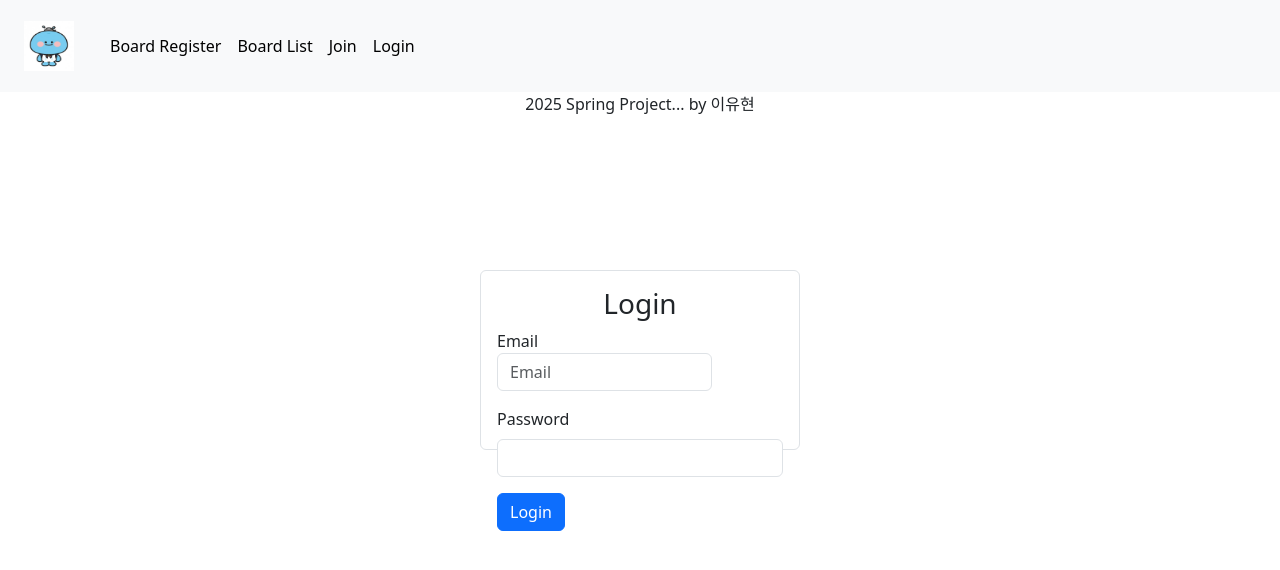
Repository: LeeYouHyeon/6.Spring
Page: http://localhost/spring_project/WEB-INF/views/user/login.jsp
The author's editor kept a copy of each file at every save. The page is drawn from the files as they stood at one save, then again after the next save.
The browser window is 1280 px wide. The pictures show the whole page.
The page is served by Tomcat 9. Nobody is signed in. The template is opened directly, without the code that normally fills it, so the values that code supplies are empty.

Above is the page before, as saved 2025-06-10 05:13:38.

After the next save:
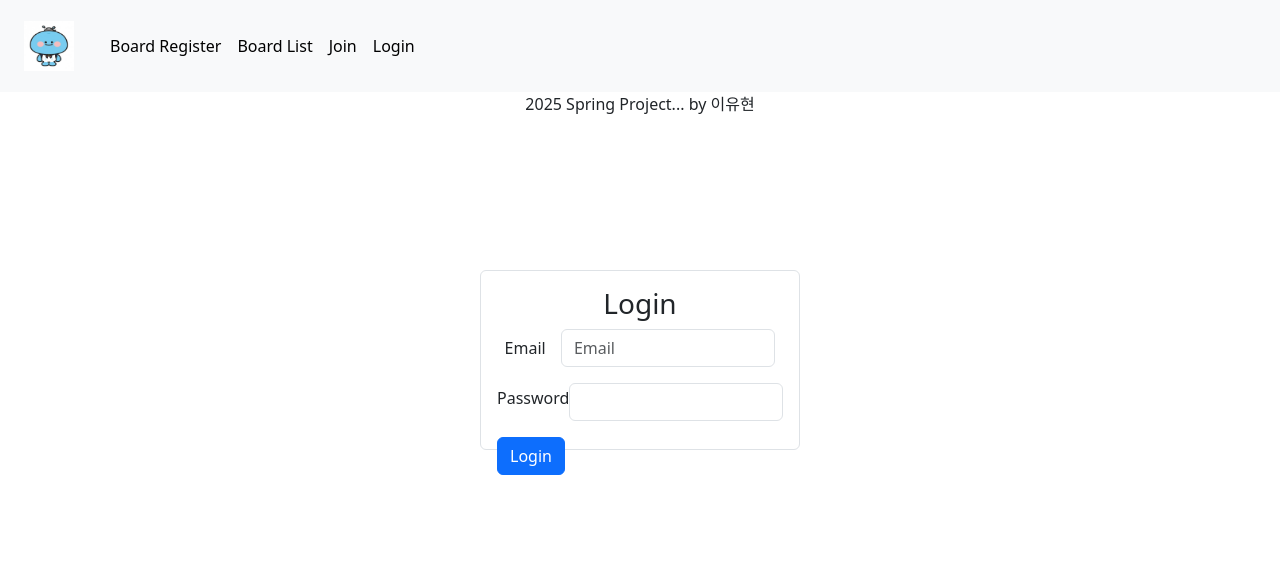
Saved 82 s later.
--- a/spring_project/src/main/webapp/WEB-INF/views/user/login.jsp
+++ b/spring_project/src/main/webapp/WEB-INF/views/user/login.jsp
@@ -5,7 +5,7 @@
 <div class="w-25 h-25 p-3 border rounded position-absolute top-50 start-50 translate-middle">
 	<h3 class="text-center">Login</h3>
 	<form action="/user/login" method="post">
-		<div class="mb-3">
+		<div class="mb-3 d-flex justify-content-around align-items-center">
 			Email
 			<input type="text"
 				class="form-control w-75"
@@ -14,7 +14,7 @@
 				placeholder="Email"
 				required>
 		</div>
-		<div class="mb-3">
+		<div class="mb-3 d-flex justify-content-around align-items-center">
 			<label for="pwd" class="form-label">Password</label>
 			<input type="password"
 				class="form-control"
